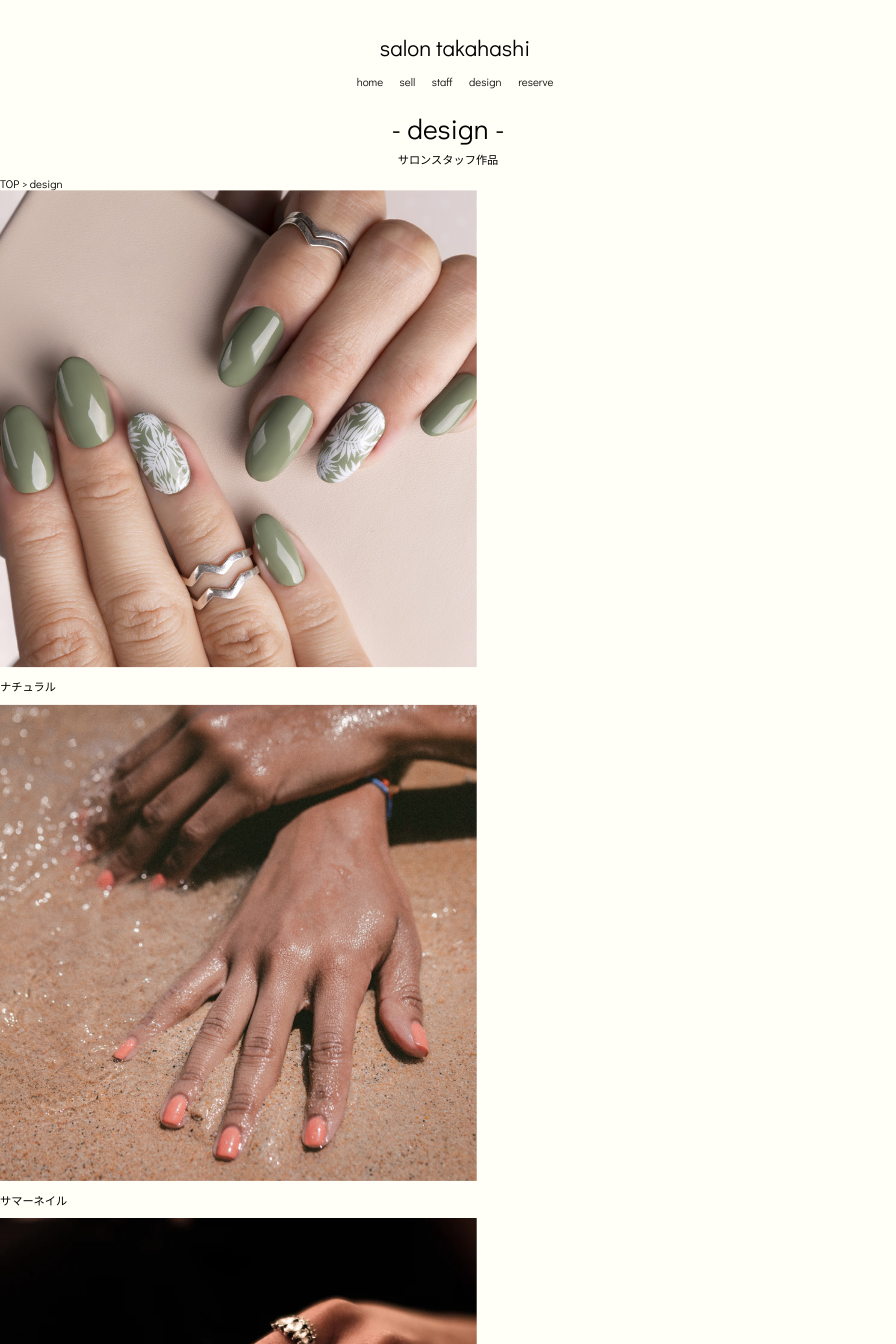
Repository: yukitakahashi1002/salontakahashi-
Page: design.html
The author's editor kept a copy of each file at every save. The page is drawn from the files as they stood at one save, then again after the next save.
The browser window is 1280 px wide. The pictures show the part of the page from y = 0 to 1920 px (the page is 4786 px tall before and 3100 px after), at 70% of full size.

Above is the page before, as saved 2023-08-05 03:28:48.

### design.html
<!DOCTYPE html>
<html>
<head>
    <title>Salon Takahashi - design サロンスタッフ作品 -</title>
    <meta charset="utf-8">
    <meta name="description" content="サロンタカハシのサロンスタッフ作品です">
    <meta name="viewport" content="width=device-width, initial-scale=1.0">
    <link rel="stylesheet" href='https://fonts.googleapis.com/css?family=Didact Gothic'>
    <link rel="stylesheet" href="css/normalize.css">
    <link rel="stylesheet" href="css/style.css">
</head>
<body>
    <!-- ヘッダー -->
    <header>
        <!-- サイトタイトル -->
        <h1>salon takahashi</h1>

        <!-- PC用ナビゲーション -->
        <nav id="nav-pc">
            <a href="/">home</a>
            <a href="sell.html">sell</a>
            <a href="staff.html">staff</a>
            <a href="design.html">design</a>
            <a href="reserve.html">reserve</a>
        </nav>
    </header>
    <main>
        <article>
            <!-- design -->
            <section id="design">
                <div class="section-title">
                    <h2 class="index-h2">- design -</h2>
                    <p>サロンスタッフ作品</p>
                </div>
                <div>TOP > design</div>
                <div id="design-flex">
                    <div class="cover-box">
                        <div class="image-box">
                            <img src="images/11062b_9df65b2e64bf4c59a4779a8c5343cb09~mv2.jpeg" alt="ナチュラルデザイン">
                            <p>ナチュラル</p>
                        </div>
                        <div class="dark-covor"></div>
                    </div>
                    <div class="cover-box">
                        <div class="image-box">
                            <img src="images/11062b_0dade67ad0db4ad1a2b6c583999e92bd~mv2.jpg" alt="サマーネイルデザイン">
                            <p>サマーネイル</p>
                        </div>
                        <div class="dark-covor"></div>
                    </div>
                    <div class="cover-box">
                        <div class="image-box">
                            <img src="images/11062b_5383a004ba374841aa02b84e27fb6b95~mv2.webp" alt="クラシックデザイン">
                            <p>クラシック</p>
                        </div>
                        <div class="dark-covor"></div>
                    </div>
                    <div class="cover-box">
                        <div class="image-box">
                            <img src="images/2def25202e084cf0a39aa2a530291a8a.webp" alt="ポップデザイン">
                            <p>ポップ</p>
                        </div>
                        <div class="dark-covor"></div>
                    </div>
                    <div class="cover-box">
                        <div class="image-box">
                            <img src="images/1a7f9b8037f3460ab6f1dd794ecc264a.jpg" alt="カラフルデザイン">
                            <p>カラフル</p>
                        </div>
                        <div class="dark-covor"></div>
                    </div>
                    <div class="cover-box">
                        <div class="image-box">
                            <img src="images/11062b_bb28f763d86a4318a737d28d7846d319~mv2.jpg" alt="シンプルデザイン">
                            <p>シンプル</p>
                        </div>
                        <div class="dark-covor"></div>
                    </div>
                </div>
            </section>
        </article>
        <footer>
            <p>salon takahashi</p>
        </footer>
    </main>
</body>
</html>

### css/style.css
@charset "utf-8";

/*
* *********************************
*　ページ全体に関わるのCSS設定
* *********************************
*/
html *,
::before,
::after {
    box-sizing: border-box;
}

html {
    font-size: 14px;
}
@media (min-width: 768px)  {
    html {
        font-size: 16px;
    }
}

body {
    font-family: 'Didact Gothic', sans-serif;
    background-color: #FFFFF8;
}

/* 標準的なリンクのテキストの色 */
a {
    color: #f30;
}



/*=============
PC用のスタイル
==============*/
/* 横幅設定 */
body {
    max-width: 1800px;
    min-width: 960px;
    margin: 0 auto 0 auto;
}

/* ヘッダー */
header {
    text-align: center;
    margin-top: 50px;
}
header > h1 {
    margin-left: 20px;
    font-weight: normal;
}

/* ナビゲーションのレイアウト */
#nav-pc > a:link {
    text-decoration: none;
    margin-left: 20px;
    color: #0d0d0d;
}

#nav-pc > a:visited {
    color: #0d0d0d;
}

#nav-pc > a:hover {
    color: #0d0d0d;
    text-decoration: underline;
}

#nav-pc > a:active {
    color: #0d0d0d;
}

/* メインビジュアル */
#main-visual {
    text-align: center;
}

#main-message > h1 {
    font-size: 60px;
    margin: 100px auto 0 auto;
    font-weight: normal;
}
#main-message > p {
    font-size: 20px;
}

#main-visual > img {
    margin: 80px auto 0 auto;
}

/* 見出し */
.section-title {
    text-align: center;
}
.section-title > P {
    margin-top: -20px;
}


h2 {
    font-weight: normal;
    font-size: 40px;
}

h3 {
    font-size: 20px;
}

/* メニュー */
#menu {
    margin: 100px auto 80px auto;
    width: 100%;
}

#menu-flex {
    width: 100%;
    display: flex;
    justify-content: space-between;
}

#menu-flex > div {
    width: 50%;
    height: 600px;
    margin-top: 50px;
}

.menu-flex-left {
    display: flex;
    align-items: flex-start;
    position: relative;
    margin-right: 20px;
    margin-left: 20px;
}

.menu-flex-left > img {
    width: 100%;
}

.placebox-left {
    width: 30%;
    position: absolute;
    top: 25%;
    left: 50%;
    -ms-transform: translate(-50%, -50%);
    -webkit-transform: translate(-50%, -50%);
    transform: translate(-50%, -50%);
    margin: 0;
    padding: 0;
    background-color: #666666;
    opacity: 0.5;
    color: #FFFFFF;
    text-align: center;
    font-weight: bold;
}

/* 商品ページの商品コメント */
.sell-description-left {
    width: 80%;
    position: absolute;
    bottom: 0;
    left: 55%;
    -ms-transform: translate(-50%, -50%);
    -webkit-transform: translate(-50%, -50%);
    transform: translate(-50%, -50%);
    margin: 0;
    padding: 0;
    text-align: left;
}

/* スタッフページスタッフ名部分 */
.staff-flex {
    text-align: center;
    margin: 3rem 0 0 0;
}

.menu-flex-right {
    display: flex;
    align-items: flex-end;
    position: relative;
    margin-right: 20px;
    margin-left: 20px;
}


.menu-flex-right > img {
    width: 100%;
}

.placebox-right {
    width: 30%;
    position: absolute;
    bottom: 10%;
    right: 20%;
    -ms-transform: translate(-50%, -50%);
    -webkit-transform: translate(-50%, -50%);
    transform: translate(-50%, -50%);
    margin: 0;
    padding: 0;
    background-color: #666666;
    opacity: 0.5;
    color: #FFFFFF;
    text-align: center;
    font-weight: bold;
}

/* 商品ページの商品コメント */
.sell-description-right {
    width: 80%;
    position: absolute;
    top: 5%;
    right: 23%;
    -ms-transform: translate(0, -50%);
    -webkit-transform: translate(0, -50%);
    transform: translate(0, -50%);
    margin: 0;
    padding: 0;
    text-align: left;
}

/* デザイン画像 */
.image-box > img {
    width: 681px;
    height: auto;
}

.menu-foot {
    text-align: left;
    width: 60%;
    margin: 0 0 0 30%;
}

.menu-foot p {
    margin: 5px 0 5px 0;
    font-size: 16px;
}

/* インフォメーション */
#information {
    margin: 100px auto 80px auto;
    width: 100%;
}

/* 表部分 */
/* height: 330px;効かない */
table {
    border-collapse:collapse;
    border-spacing: 0;
    height: 330px;
}

/* .information-table > td だと効かない */
.infomertion-left {
    width: 50%;
    height: 200px;
    background-color: #F2F2F2;
    text-align: center;
    vertical-align: center;
    line-height: 40px;
}

.infomertion-right {
    width: 50%;
    /* height: 200px; */
}

strong {
    font-size: 30px;
}

footer {
    margin: 50px auto;
    text-align: center;
}

footer p {
    font-size: 20px;
}

Loaded but not shown: css/normalize.css (library)

After the next save:
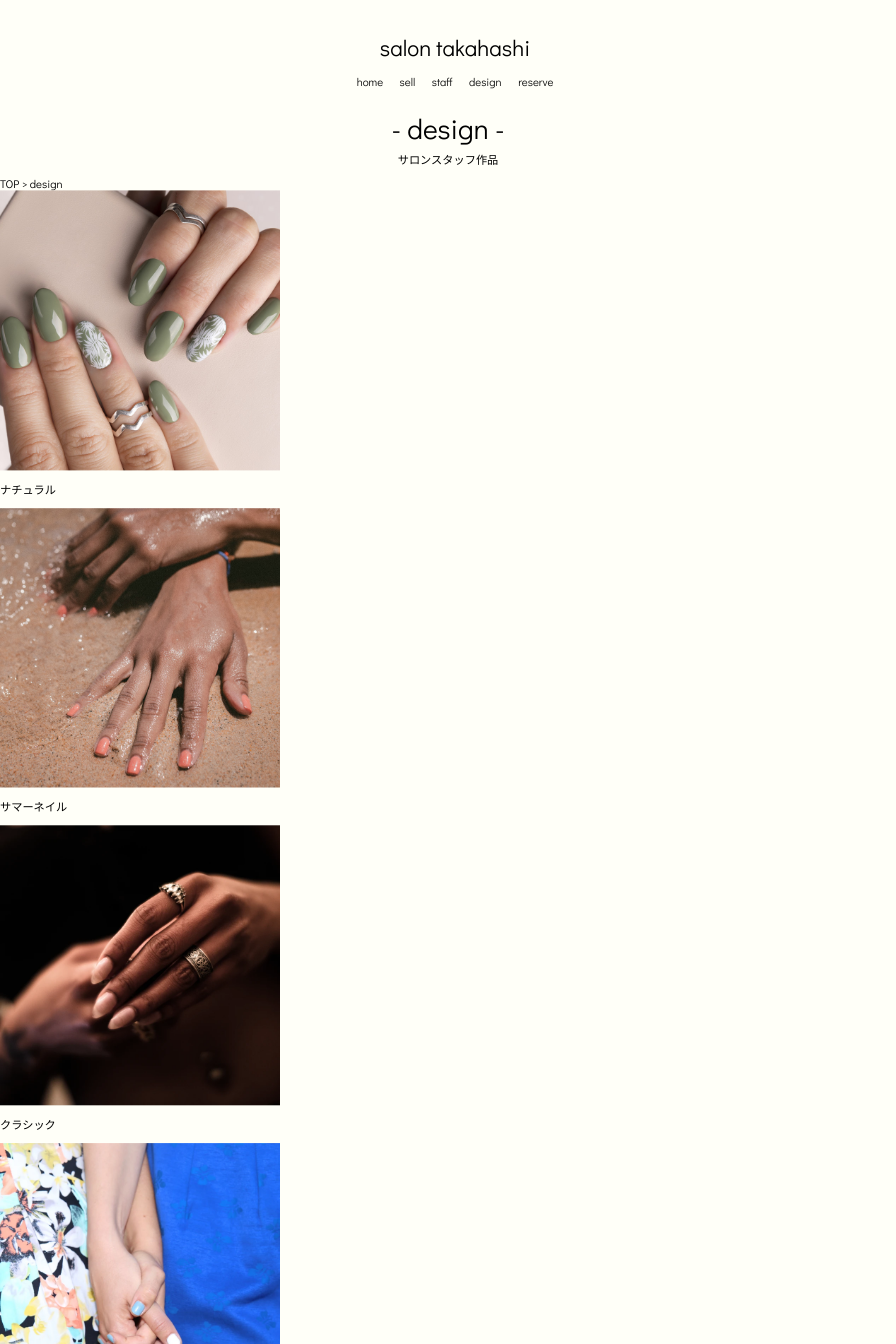
Saved 34 s later.
--- a/css/style.css
+++ b/css/style.css
@@ -221,7 +221,7 @@ h3 {
 
 /* デザイン画像 */
 .image-box > img {
-    width: 681px;
+    width: 400px;
     height: auto;
 }
 
